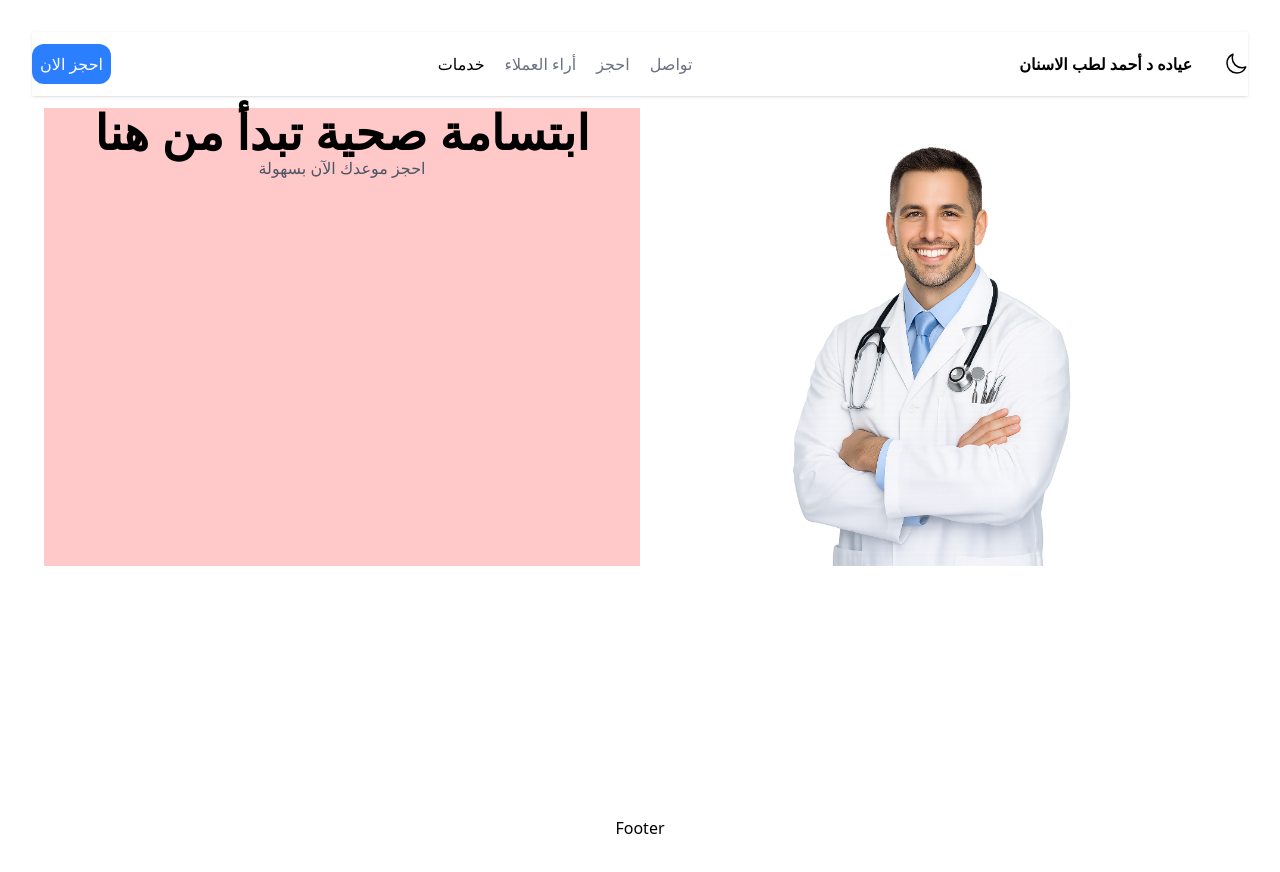
Repository: mohamedehab23-pro/clinic
Page: /
An editor plug-in stored every save of this project. The page is shown before and after the next save, followed by the edit.
The browser window is 1280 px wide. The pictures show the whole page.
The project was rebuilt for these pictures with package versions that can differ from the ones it lists, and the page was loaded fresh each time. Also part of the build but not shown: vite.config.js, src/Pages/AboutPage.jsx, src/Pages/ContactPage.jsx, src/Pages/NotFound.jsx, src/Components/Child.jsx, src/Components/Parent.jsx.

Above is the page before, as saved 2026-02-22 14:10:06.

### index.html
<!doctype html>
<html lang="en">
  <head>
    <meta charset="UTF-8" />
    <link rel="icon" type="image/svg+xml" href="/vite.svg" />
    <meta name="viewport" content="width=device-width, initial-scale=1.0" />
    <title>project1</title>
  </head>
  <body>
    <div id="root"></div>
    <script type="module" src="/src/main.jsx"></script>
  </body>
</html>

### src/index.css
@import "tailwindcss";
@custom-variant dark (&:where(.dark, .dark *));


.active{
    @apply text-black dark:text-white
}

### src/App.jsx
import { useState } from 'react'
import HeroPage from '../src/Pages/HeroPage'
import './App.css'
import { createBrowserRouter, RouterProvider } from 'react-router'
import MainLayout from './Layouts/MainLayout'
import AboutPage from './Pages/AboutPage'
import ContactPage from './Pages/ContactPage'
import NotFound from './Pages/NotFound'
import Parent from './Components/Parent'


const x=createBrowserRouter([
  {path:'',element:<MainLayout/>,children:[
    {index:true,element:<HeroPage/>},
    {path:'/about',element:<AboutPage/>},
    {path:'/contact',element:<ContactPage/>},
    {path:'*',element:<NotFound/>}
  ]}
])

function App() {

  return (
    <>
    {/* <Parent/> */}

     <RouterProvider router={x}/>
    </>
  )
}

export default App

### src/Pages/HeroPage.jsx
import React from 'react'
import sora from '../assets/dentist.png'
export default function HomePage() {
  return (
    <div className='dark:bg-gray-800 min-h-screen p-3'>
      <div className='flex justify-around'>
<div className='bg-red-200 w-full '>
<h2 className='text-5xl font-bold'>ابتسامة صحية تبدأ من هنا</h2>
<p className='text-gray-600'>احجز موعدك الآن بسهولة</p>
</div>
<div className=' w-full flex justify-center items-center'>
 <img src={sora} alt="doctor" className='w-[50%] ' />
</div>
      </div>



    </div>
  )
}

### src/Layouts/MainLayout.jsx
import React, { useState } from 'react'
import Navbar from '../Components/Navbar'
import Footer from '../Components/Footer'
import { Outlet } from 'react-router'

export default function MainLayout() {
  const [darkMode, setDarkMode] = useState(false)
  return (
    <>
    <div className={`${darkMode? 'dark':''}  dark:text-white`}>
      <Navbar darkMode={darkMode} setDarkMode={setDarkMode}/>
    <Outlet />
    <Footer/>
    </div>
    </>
  )
}

### src/Components/Navbar.jsx
import React, { useState } from 'react'
import { Link, NavLink } from 'react-router'
import Button from './Button'

export default function Navbar({setDarkMode,darkMode}) {
  const [navToggle, setNavToggle] = useState(false)
  return (
    <div className='py-3 shadow sticky top-0 w-full dark:bg-gray-700 bg-white/50'>
<div className="container px-3 lg:p-0 mx-auto flex items-center justify-between">
<div>
  <Button/>
</div>
<div>
  <ul className='lg:flex dark:text-white/50 gap-5 hidden'>
    <li className='text-gray-500'><NavLink to={''}>خدمات</NavLink></li>
    <li className='text-gray-500'><NavLink to={'/about'}>أراء العملاء</NavLink></li>
    <li className='text-gray-500'><NavLink to={'/contact'}>احجز</NavLink></li>
    <li className='text-gray-500'><NavLink to={'ertyuj'}>تواصل</NavLink></li>
  </ul>
</div>
<div className='flex gap-8'>
  <Link to={''} className=' font-bold'>عياده د أحمد لطب الاسنان</Link>
  {darkMode?<svg xmlns="http://www.w3.org/2000/svg"
onClick={()=>setDarkMode(!darkMode)}
fill="none" viewBox="0 0 24 24" strokeWidth={1.5} stroke="currentColor" className="cursor-pointer size-6">
  <path strokeLinecap="round" strokeLinejoin="round" d="M12 3v2.25m6.364.386-1.591 1.591M21 12h-2.25m-.386 6.364-1.591-1.591M12 18.75V21m-4.773-4.227-1.591 1.591M5.25 12H3m4.227-4.773L5.636 5.636M15.75 12a3.75 3.75 0 1 1-7.5 0 3.75 3.75 0 0 1 7.5 0Z" />
</svg>:<svg xmlns="http://www.w3.org/2000/svg" fill="none"
onClick={()=>setDarkMode(!darkMode)}
viewBox="0 0 24 24" strokeWidth={1.5} stroke="currentColor" className="cursor-pointer size-6">
  <path strokeLinecap="round" strokeLinejoin="round" d="M21.752 15.002A9.72 9.72 0 0 1 18 15.75c-5.385 0-9.75-4.365-9.75-9.75 0-1.33.266-2.597.748-3.752A9.753 9.753 0 0 0 3 11.25C3 16.635 7.365 21 12.75 21a9.753 9.753 0 0 0 9.002-5.998Z" />
</svg>}
</div>
<div className='lg:hidden'>
  <svg xmlns="http://www.w3.org/2000/svg" onClick={()=>setNavToggle(!navToggle)} fill="none" viewBox="0 0 24 24" strokeWidth={1.5} stroke="currentColor" className="cursor-pointer size-6">
  <path strokeLinecap="round" strokeLinejoin="round" d="M3.75 6.75h16.5M3.75 12h16.5m-16.5 5.25h16.5" />
</svg>


</div>



</div>
{navToggle && <ul className='pt-3 text-end px-3'>
    <li className='text-gray-500'><NavLink to={''}>خدمات</NavLink></li>
    <li className='text-gray-500'><NavLink to={'/about'}>أراء العملاء</NavLink></li>
    <li className='text-gray-500'><NavLink to={'/contact'}>احجز</NavLink></li>
    <li className='text-gray-500'><NavLink to={'ertyuj'}>تواصل</NavLink></li>
  </ul>}


    </div>
  )
}

### src/Components/Button.jsx
import React from 'react'
import { Link } from 'react-router'

export default function Button() {
  return (
   <>
   <button className={`p-2 rounded-xl bg-blue-500 text-white `}><Link to={'/'}>احجز الان</Link></button>
   </>
  )
}

Loaded but not shown: src/main.jsx (common file); src/App.css (common file); src/Components/Footer.jsx (common file)

After the next save:
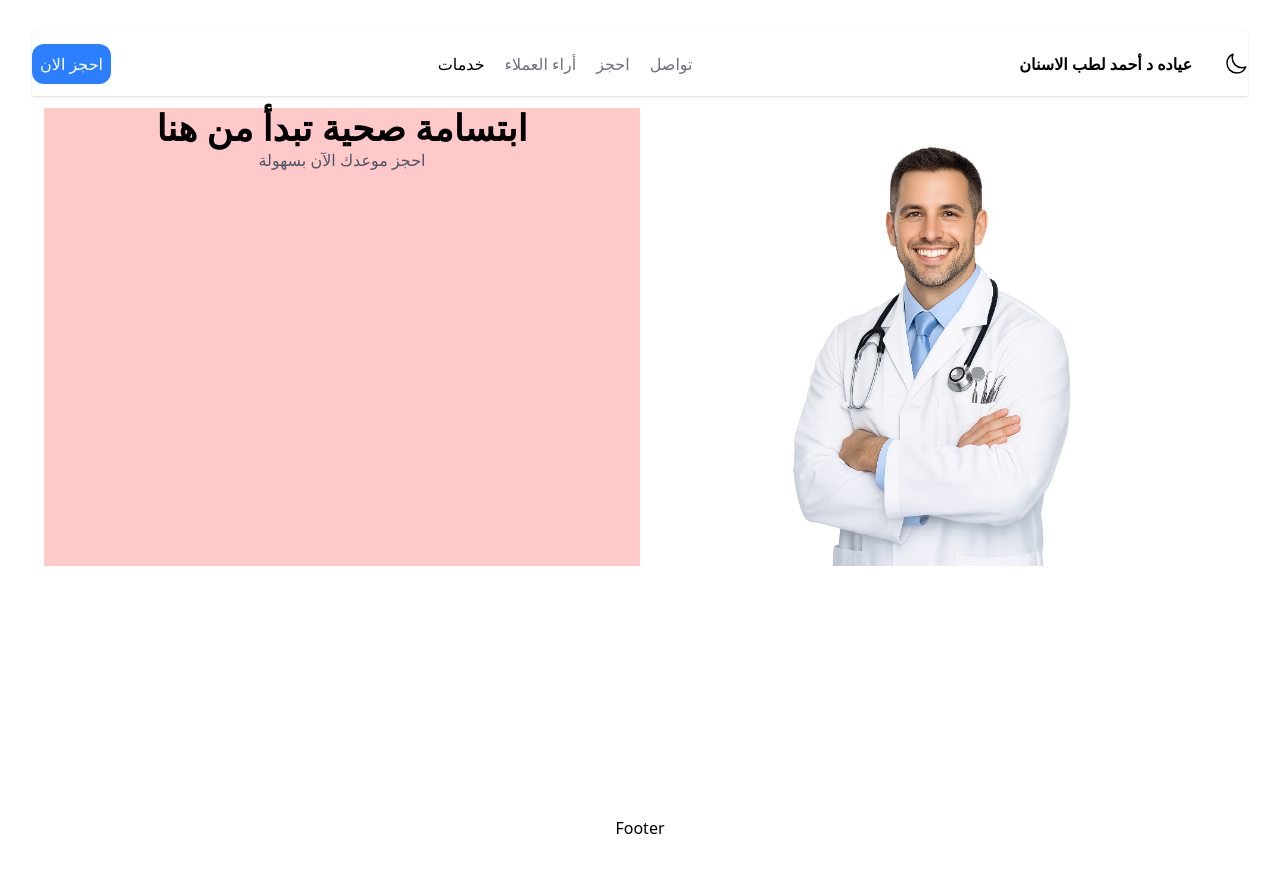
Saved 10 s later.
--- a/src/Pages/HeroPage.jsx
+++ b/src/Pages/HeroPage.jsx
@@ -5,7 +5,7 @@ export default function HomePage() {
     <div className='dark:bg-gray-800 min-h-screen p-3'>
       <div className='flex justify-around'>
 <div className='bg-red-200 w-full '>
-<h2 className='text-5xl font-bold'>ابتسامة صحية تبدأ من هنا</h2>
+<h2 className='text-4xl font-bold'>ابتسامة صحية تبدأ من هنا</h2>
 <p className='text-gray-600'>احجز موعدك الآن بسهولة</p>
 </div>
 <div className=' w-full flex justify-center items-center'>
